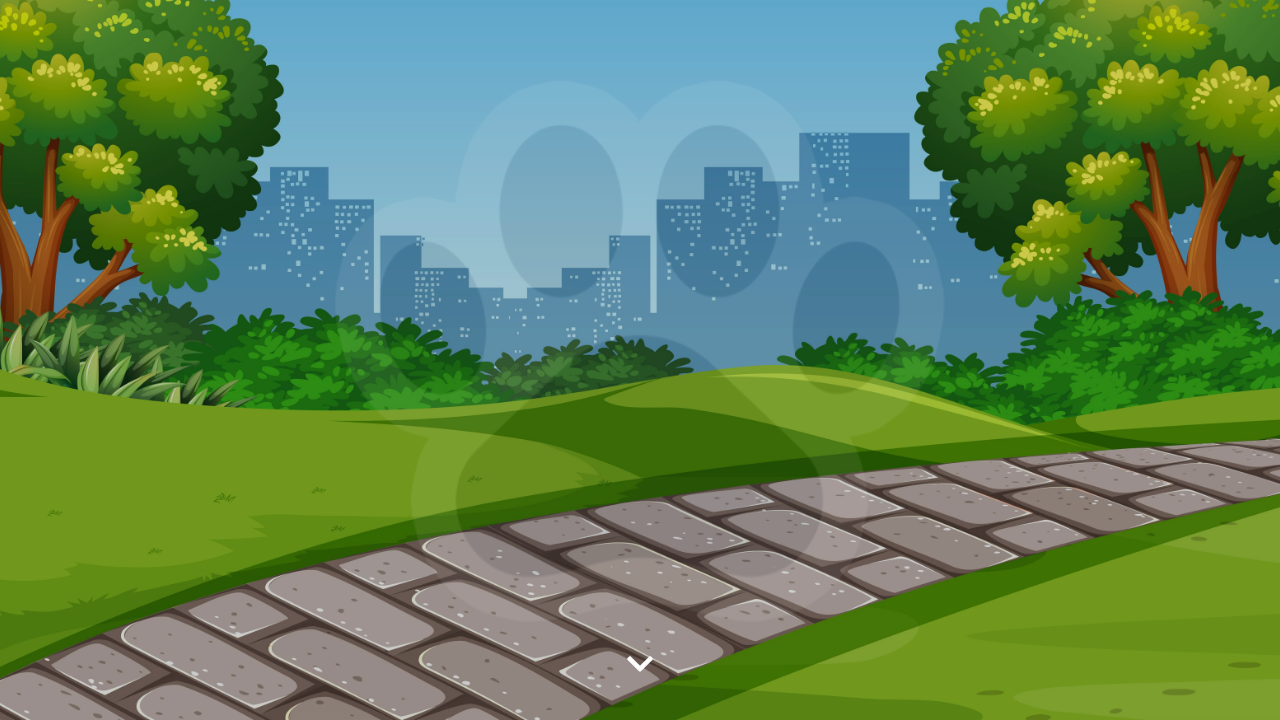
Repository: Emanuele-Sgroi/Pawfect-Diet-App-Showcase
Page: /
The author's editor kept a copy of each file at every save. The page is drawn from the files as they stood at one save, then again after the next save.
The browser window is 1280 px wide. The pictures show the whole page.
The project was rebuilt for these pictures with package versions that can differ from the ones it lists, and the page was loaded fresh each time. The framework's server and built-in components were replaced by stand-ins that run in the browser. Also part of the build but not shown: next.config.mjs.

Above is the page before, as saved 2025-04-18 13:07:44.

After the next save:
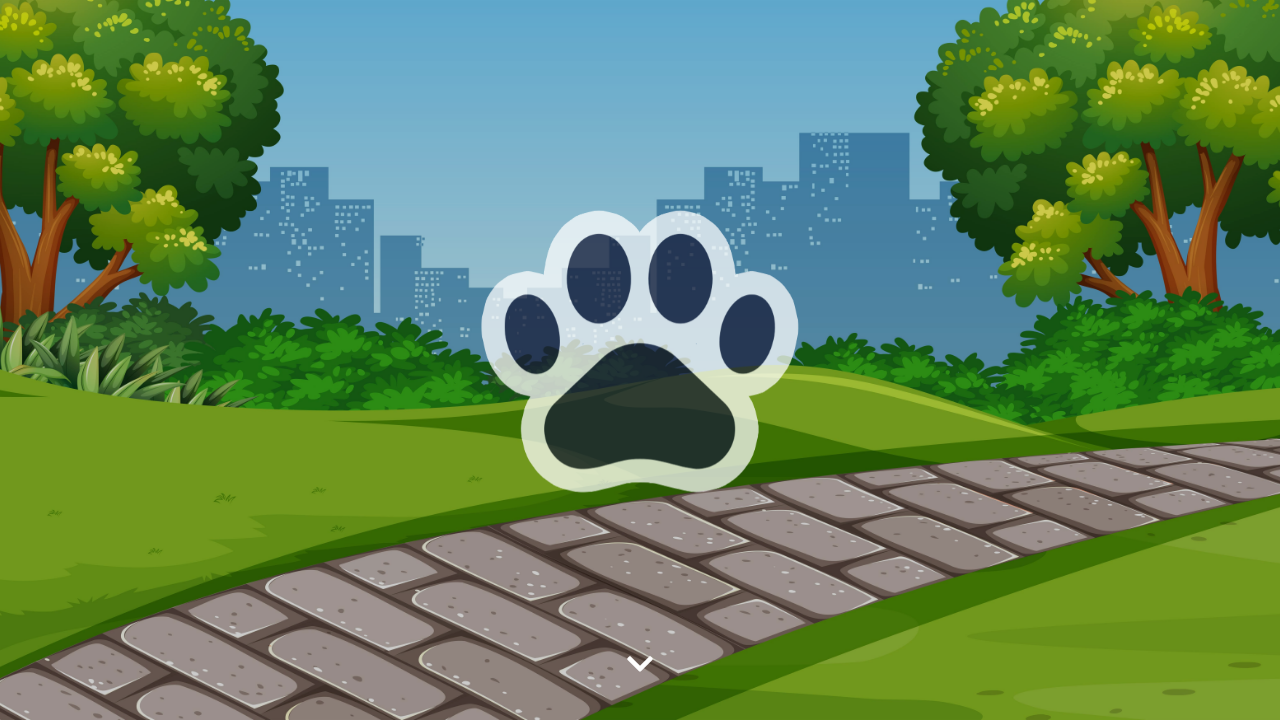
Saved 8 s later.
--- a/src/components/HeroSection.js
+++ b/src/components/HeroSection.js
@@ -30,7 +30,7 @@
           alt="App Logo"
           width={200}
           height={200}
-          className="mb-4 w-[400px] h-auto max-w-[80%] animate-ping"
+          className="mb-4 w-[400px] h-auto max-w-[80%] animate-pulse"
         />
       </div>
 
